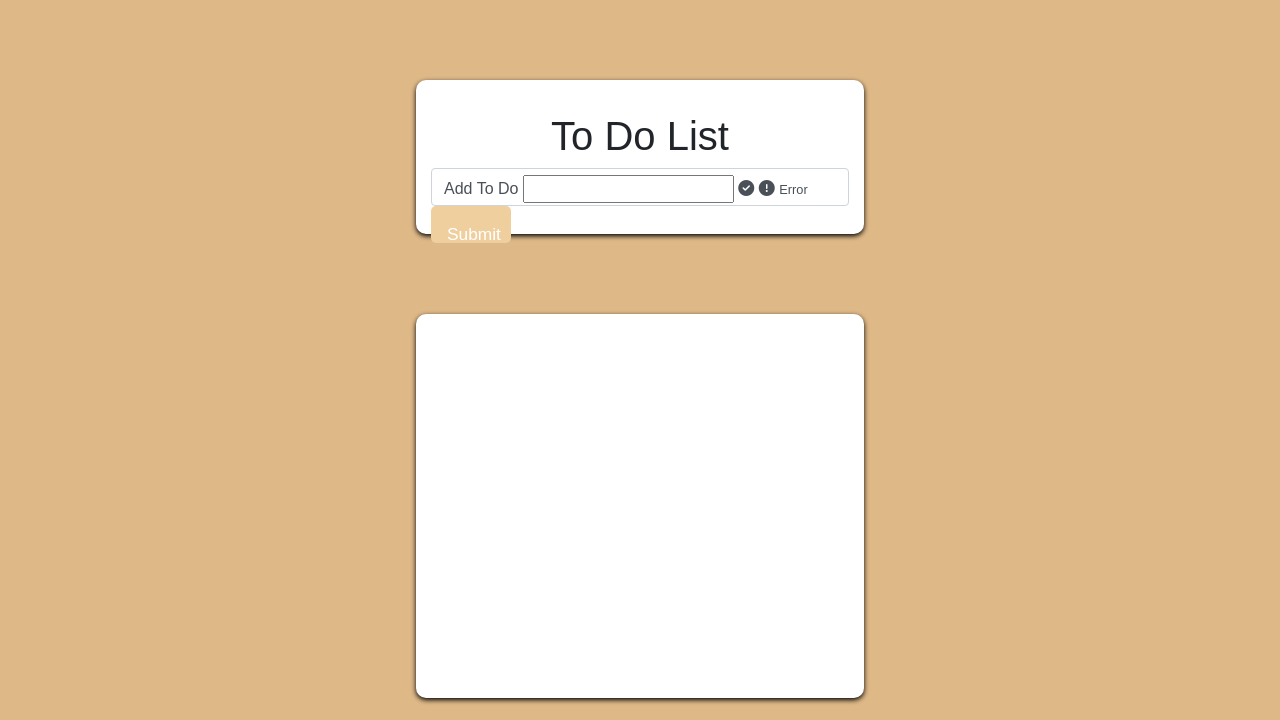
Repository: skepp4rn/todolist
Page: index.html
The author's editor kept a copy of each file at every save. The page is drawn from the files as they stood at one save, then again after the next save.
The browser window is 1280 px wide. The pictures show the whole page.
The page's requests for data from a server got no answer. Some web libraries are served in a nearby version.

Above is the page before, as saved 2021-01-28 11:45:07.

After the next save:
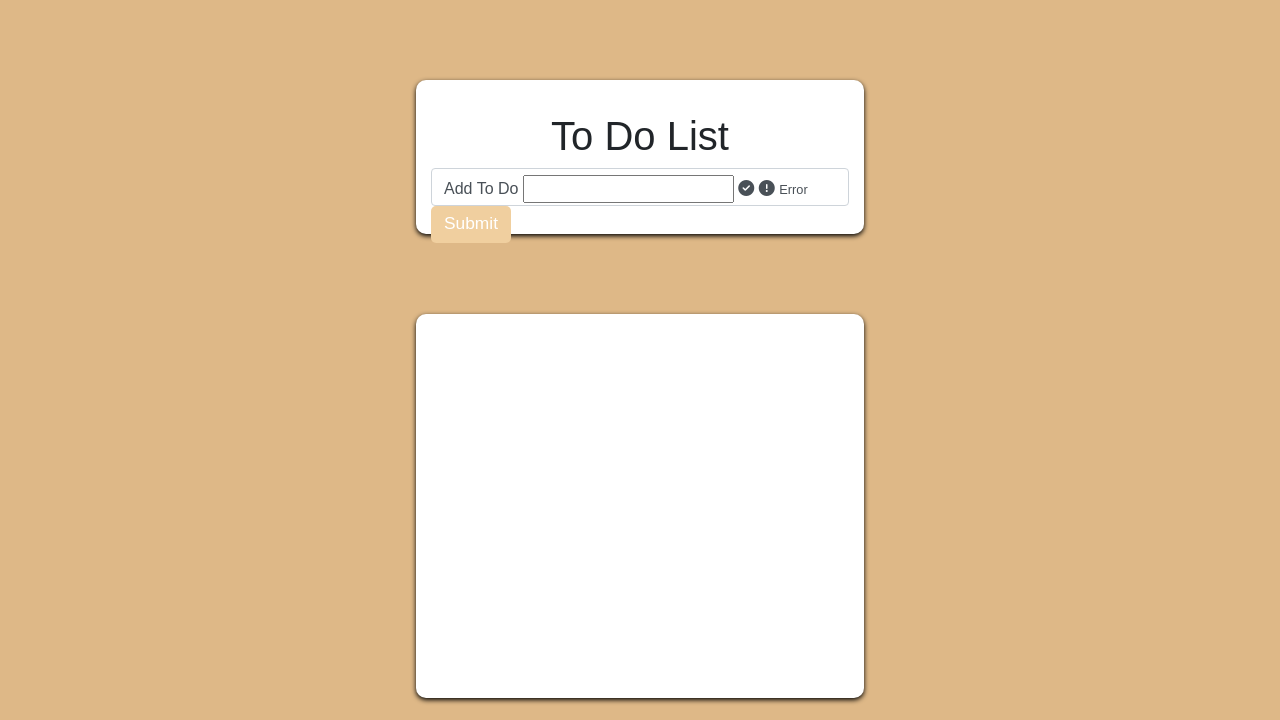
Saved 6 s later.
--- a/css/style.css
+++ b/css/style.css
@@ -44,7 +44,7 @@ body {
 #btn {
     border: none;
     border-radius: 5px;
-    padding: 1rem;
+    padding: 0.2rem;
     background-color: #f0cf9f;
     color: #ffffff;
     font-size: 13pt;
